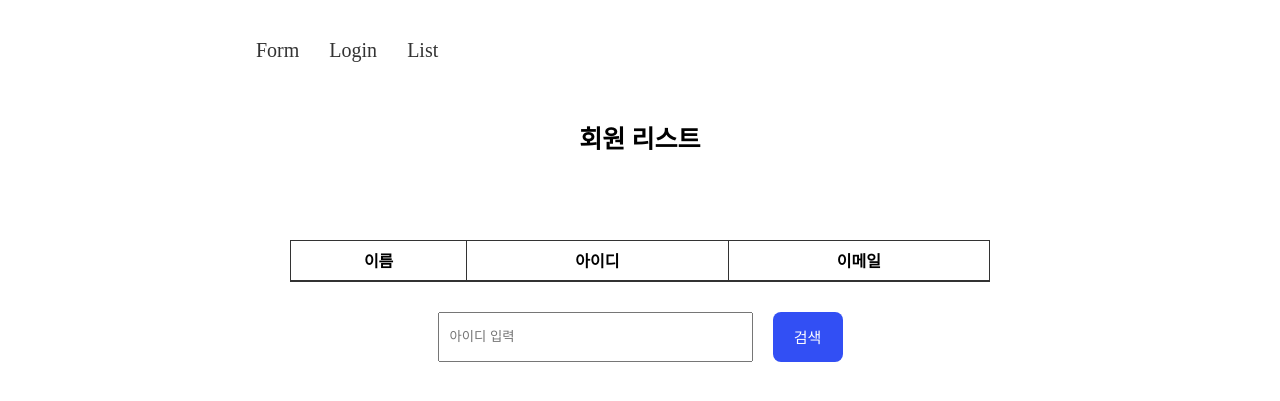
Repository: zeroj-0/eclipseProjects
Page: http://localhost/jv301/mod010/user_list.do
An editor plug-in stored every save of this project. The page is shown before and after the next save, followed by the edit.
The browser window is 1280 px wide. The pictures show the whole page.
The page is served by Tomcat 9. Other server files are loaded and not shown. Queries for data that is not in the repository find no rows.

Above is the page before, as saved 2022-07-08 02:54:28.

### jv301/src/main/webapp/mod010/user_list.jsp
<%@ page language="java" contentType="text/html; charset=UTF-8" pageEncoding="UTF-8"%>
<%@ taglib prefix="c" uri="http://java.sun.com/jsp/jstl/core" %>
<!DOCTYPE html>
<html>
<head>
<meta charset="UTF-8">
<title>Insert title here</title>
<link rel="stylesheet" href="./fixmethod.css">
<link rel="stylesheet" href="./style.css">
<style>
	table {
		border: 1px solid #333;
		width: 100%;
		margin: 0 auto;
		border-collapse: collapse;
	}
	table tr {
		height: 40px;
	}
	table td {
		border: 1px solid #333;
		width: 100px;
		text-align: center;
	}
	table th {
		border: 1px solid #333;
		border-bottom: 2px solid #333;
	}
	.search-area {
		width: 100%;
		height: 50px;
		display: flex;
		margin-top: 30px;
	}
	.search-area form {
		display: flex;
		justify-content: center;
	}
	.search-area input {
		width: 45%;
		padding-left: 10px;
	}
	.search-area button {
		width: 10%;
		margin-left: 20px;
		background: #324ff4;
		color: white;
		font-weight: 500;
		font-size: 15px;
		border-radius: 8px;
		cursor: pointer;
	}
</style>
</head>
<body>
<div id="wrapper">
	<div id="header">
		<%@ include file="/incl/menu.jsp" %>
	</div>
<h3 class="title">회원 리스트</h3>
	<div class="container">
				<table>
					<tr>
						<th>이름</th><th>아이디</th><th>이메일</th>
					</tr>
					<c:forEach var="user" items="${user}">
						<tr>
							<td>
								${user.getUserName()}
							</td>
							<td>
								${user.getUserId()}
							</td>
							<td>
								${user.getEmail()}
							</td>
						</tr>
					</c:forEach>
				</table>
				<div class="search-area">
					<form action="user_list.do" method="post">
						<input type="text" name="searchId" placeholder="아이디 입력"/>
						<button type="submit">검색</button>
					</form>
				</div>
	</div>
</div>
</body>
</html>

### jv301/src/main/webapp/incl/menu.jsp
<%@ page language="java" contentType="text/html; charset=UTF-8"  pageEncoding="UTF-8"%>

<div class="gnb">
	<ul>
		<li><a href="add_user.jsp">Form</a></li>
		<li><a href="login">Login</a></li>
		<li><a href="user_list.do">List</a></li>
	</ul>
</div>

### jv301/src/main/java/com/varxyz/jv301/mod010/UserListServlet.java
package com.varxyz.jv301.mod010;

import java.io.IOException;
import java.util.List;

import javax.servlet.RequestDispatcher;
import javax.servlet.ServletException;
import javax.servlet.annotation.WebServlet;
import javax.servlet.http.HttpServlet;
import javax.servlet.http.HttpServletRequest;
import javax.servlet.http.HttpServletResponse;

@WebServlet("/mod010/user_list.do")
public class UserListServlet extends HttpServlet {
	private UserService userService;
	private static final long serialVersionUID = 1L;

	protected void doGet(HttpServletRequest request, HttpServletResponse response) throws ServletException, IOException {
		userService = UserService.getInstance();
		List<User> userList = userService.getAllUsers();
		request.setAttribute("user", userList);

		RequestDispatcher dispatcher = null;
		dispatcher = request.getRequestDispatcher("user_list.jsp");
		dispatcher.forward(request, response);
	}

	protected void doPost(HttpServletRequest request, HttpServletResponse response) throws ServletException, IOException {
		request.setCharacterEncoding("utf-8");

		String userId = request.getParameter("userId");

		request.setAttribute("userId", userId);

		RequestDispatcher dispatcher = null;
		dispatcher = request.getRequestDispatcher("update.jsp");
		dispatcher.forward(request, response);
	}

}

### jv301/src/main/java/com/varxyz/jv301/mod010/UserDao.java
package com.varxyz.jv301.mod010;

import java.sql.Connection;
import java.sql.PreparedStatement;
import java.sql.ResultSet;
import java.sql.SQLException;
import java.util.ArrayList;
import java.util.List;

public class UserDao {
	DataSource dataSource = null;

	public UserDao() {
		NamingService namingService = NamingService.getInstance();
		dataSource = (DataSource)namingService.getAttribute("dataSource");
	}

	public List<User> findAllUsers() {
		String sql = "SELECT * FROM User";
		List<User> userList = new ArrayList<User>();
		try {
			Connection con = null;
			PreparedStatement pstmt = null;
			ResultSet rs = null;
			try {
				con = dataSource.getConnection();
				pstmt = con.prepareStatement(sql);
				rs = pstmt.executeQuery();

				while(rs.next()) {
					User user = new User();
					user.setUserId(rs.getString("id"));
					user.setUserName(rs.getString("name"));
					user.setEmail(rs.getString("email"));
					user.setAddr(rs.getString("addr"));

					userList.add(user);
				}
			} finally {
				dataSource.close(rs, pstmt, con);
			}
		} catch (SQLException e) {
			e.printStackTrace();
		}
		return userList;
	}

	public void addUser(User user) {
		String sql = "INSERT INTO User(id,passwd,name,email,addr,ssn) VALUES (?,?,?,?,?,?)";
		try {
			Connection con = null;
			PreparedStatement pstmt = null;

			con = dataSource.getConnection();
			pstmt = con.prepareStatement(sql);

			pstmt.setString(1, user.getUserId());
			pstmt.setString(2, user.getPasswd());
			pstmt.setString(3, user.getUserName());
			pstmt.setString(4, user.getEmail());
			pstmt.setString(5, user.getAddr());
			pstmt.setString(6, user.getSsn());

			pstmt.executeUpdate();
			dataSource.close(pstmt, con);
		} catch (Exception e) {
			e.printStackTrace();
		}
	}
	public String findUserId(String userId) {
		String sql = "SELECT id FROM User WHERE id=?";
		String id = null;
		try {
			Connection con = null;
			PreparedStatement pstmt = null;
			ResultSet rs = null;
			try {
				con = dataSource.getConnection();
				pstmt = con.prepareStatement(sql);
				pstmt.setString(1, userId);

				rs = pstmt.executeQuery();

				if(rs.next()) {
					id= rs.getString("id");
				}

			} finally {
				dataSource.close(rs,pstmt, con);
			}
		} catch(Exception e) {
			e.printStackTrace();
		}
		if(id==null) {
			id="";
		}
		return id;
	}

	public String findUserPasswd(String passwd) {
		String sql = "SELECT passwd FROM User WHERE passwd=?";
		String pw = null;
		try {
			Connection con = null;
			PreparedStatement pstmt = null;
			ResultSet rs = null;
			try {
				con = dataSource.getConnection();
				pstmt = con.prepareStatement(sql);
				pstmt.setString(1, passwd);
				rs = pstmt.executeQuery();

				if(rs.next()) {
					pw= rs.getString("passwd");
				}

			} finally {
				dataSource.close(rs,pstmt, con);
			}
		} catch(Exception e) {
			e.printStackTrace();
		}
		if(pw==null) {
			pw = "";
		}
		return pw;
	}
	public User findUserByUserId(String userId) {
		String sql = "SELECT id,passwd,name,email,addr,ssn FROM User WHERE id=?";
		User user = new User();
		try  {
			Connection con = null;
			PreparedStatement pstmt = null;
			ResultSet rs = null;
			try {
				con = dataSource.getConnection();
				pstmt = con.prepareStatement(sql);
				pstmt.setString(1, userId);
				rs = pstmt.executeQuery();

				while(rs.next()) {
					user.setUserId(rs.getString("id"));
					user.setUserId(rs.getString("passwd"));
					user.setUserName(rs.getString("name"));
					user.setSsn(rs.getString("ssn"));
					user.setEmail(rs.getString("email"));
					user.setAddr(rs.getString("addr"));
					user.setSsn(rs.getString("ssn"));
				}
			} finally {
				dataSource.close(rs, pstmt, con);
			}
		} catch(Exception e) {
			e.printStackTrace();
		}
		return user;
	}
}

### jv301/src/main/webapp/mod010/fixmethod.css
@charset "UTF-8";
* { box-sizing: border-box; margin: 0; padding: 0;}
ul, li {list-style: none;}
a {text-decoration: none; color: #333;}

.gnb {
  width: 100%;
  height: 70px;
  float: left;
  padding-left: 20%;
}
ul li {
  float: left;
  height: 100%;
  margin-left: 30px;
}
ul li:first-child {
  margin-left: 0;
}

a {
  line-height: 70px;
  font-size: 20px;
}
a:hover {
  color: #000;
  font-weight: 600;
}
#header {
	height: 100px;
	width: 100%;
	text-align: center;
	font-size: 20px;
	line-height: 100px;
}
#footer {
	margin-top: 100px;
	text-align: center;
}

### jv301/src/main/webapp/mod010/style.css
@charset "UTF-8";
* { box-sizing: border-box; margin: 0; padding: 0;}
ul, li {list-style: none;}
a {text-decoration: none; color: #333;}

.container {
  padding-top: 60px;
  display: flex;
  flex-wrap: wrap;
  height: 100%;
  width: 700px;
  margin: 0 auto;
}
form {
  width: 100%;
}
h3 {
  font-size: 25px;
  width: 100%;
}
.d {
  height: 50px;
  width: 100%;
  display: flex;
  justify-content: left;
  align-items: center;
  margin-top: 10px;
}
.d > input {
  height: 35px;
  line-height: 35px;
  padding-left: 5px;

}
select {
  height: 35px;
  width: 150px;
  font-size: 15px;
}
span.email {
  margin: 0 5px;
}
.checkbox-layout {
  height: 100px;
}
.inner-box {
  margin: 0;
  display: block;
  width: 100%;
  height: 100%;
}
.inner-box h2 {
  width: 100%;
}
.box {
  display: inline-block;
  width: 18%;
  position: relative;
  overflow: hidden;
}
.box label {
  position: absolute;
  top: 14px;
  left: 20px;
}
.box input {
  height: 50px;
}
span {
  font-size: 18px;
  font-weight: 400;
  color: #333;
}
.btn {
  justify-content: center;
  width: 80px;
  height: 40px;
  margin: 0 auto;
  background: #f9f9f9;
  border-radius: 12px;
  border: 1px solid #000;
  margin-top: 20px;
}
button {
	border-style: none;
}
button.btn-inner {
  border-style: none;
  height: 40px;
  width: 75px;
  font-size:20px;
  background: none;
  cursor: pointer;
}
.address1 {
	width: 250px;
	margin-right: 10px;
}

.title {
	width: 100%;
	text-align: center;
	height: 80px;
	line-height: 80px;
}

After the next save:
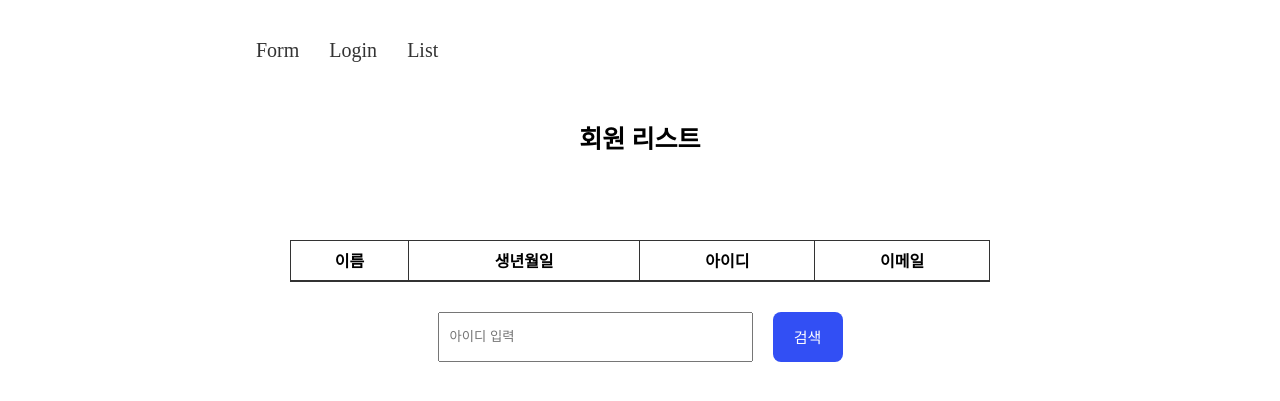
Saved 53 s later.
--- a/jv301/src/main/webapp/mod010/user_list.jsp
+++ b/jv301/src/main/webapp/mod010/user_list.jsp
@@ -61,12 +61,15 @@
 	<div class="container">
 				<table>
 					<tr>
-						<th>이름</th><th>아이디</th><th>이메일</th>
+						<th>이름</th><th>생년월일</th><th>아이디</th><th>이메일</th>
 					</tr>
 					<c:forEach var="user" items="${user}">
 						<tr>
 							<td>
 								${user.getUserName()}
+							</td>
+							<td>
+								${user.getSsn()}
 							</td>
 							<td>
 								${user.getUserId()}
